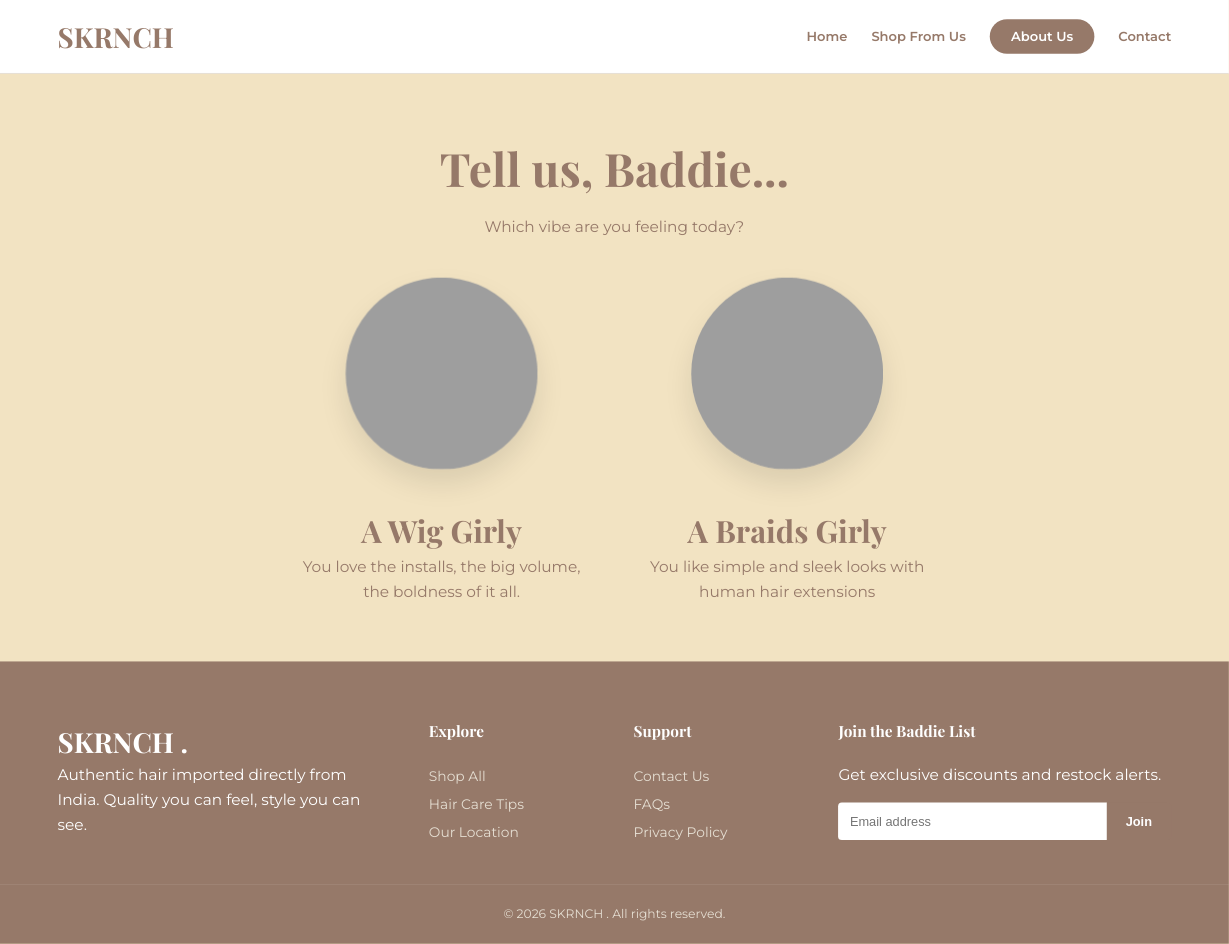
Repository: ndirituart/Portfolio
Page: wigsorextensions.html
These files come from the project's save history. The page is drawn as it stood at one moment and after a run of saves; the edit follows.
The browser window is 1280 px wide. The pictures show the whole page, at 96% of full size.
Pictures or frames that could not be fetched are drawn as grey boxes. Some web fonts or font styles are not loaded; a fallback is used.

Above is the page before, as saved 2026-02-13 17:47:39.

After the next 2 saves:
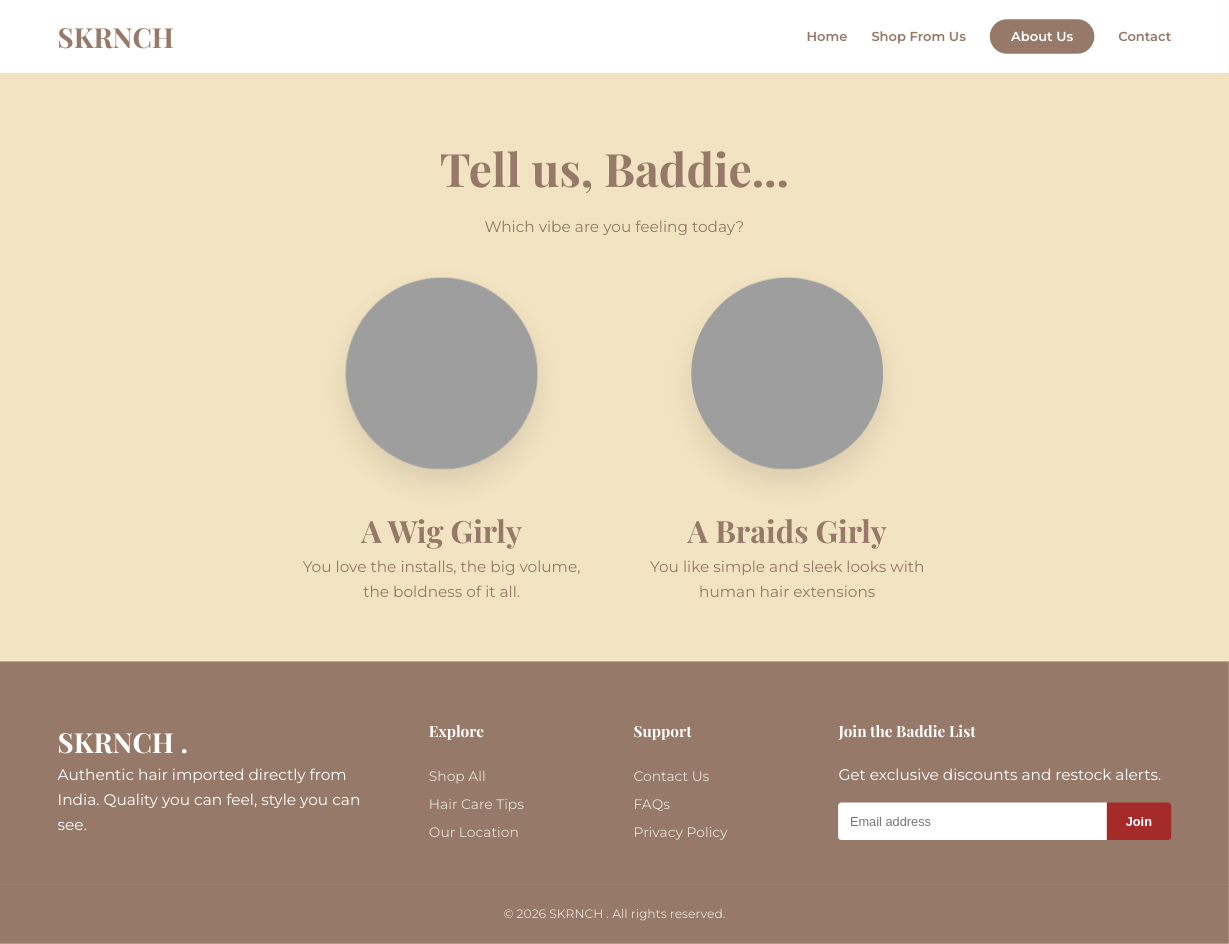
The 2 saves are shown as one change because they came seconds apart.
The last was saved 15 s later.
--- a/wigsorextensions.html
+++ b/wigsorextensions.html
@@ -286,7 +286,7 @@
 
         .input-group { display: flex; margin-top: 15px; }
         .input-group input { padding: 12px; border-radius: 4px 0 0 4px; border: none; flex: 1; }
-        .input-group button { padding: 10px 20px; background: var(--deep-cocoa); border: none; color: white; border-radius: 0 4px 4px 0; cursor: pointer; font-weight: 600; }
+        .input-group button { padding: 10px 20px; background: brown; border: none; color: white; border-radius: 0 4px 4px 0; cursor: pointer; font-weight: 600; }
 
         .footer-bottom {
             text-align: center;

After the 2 saves that followed:
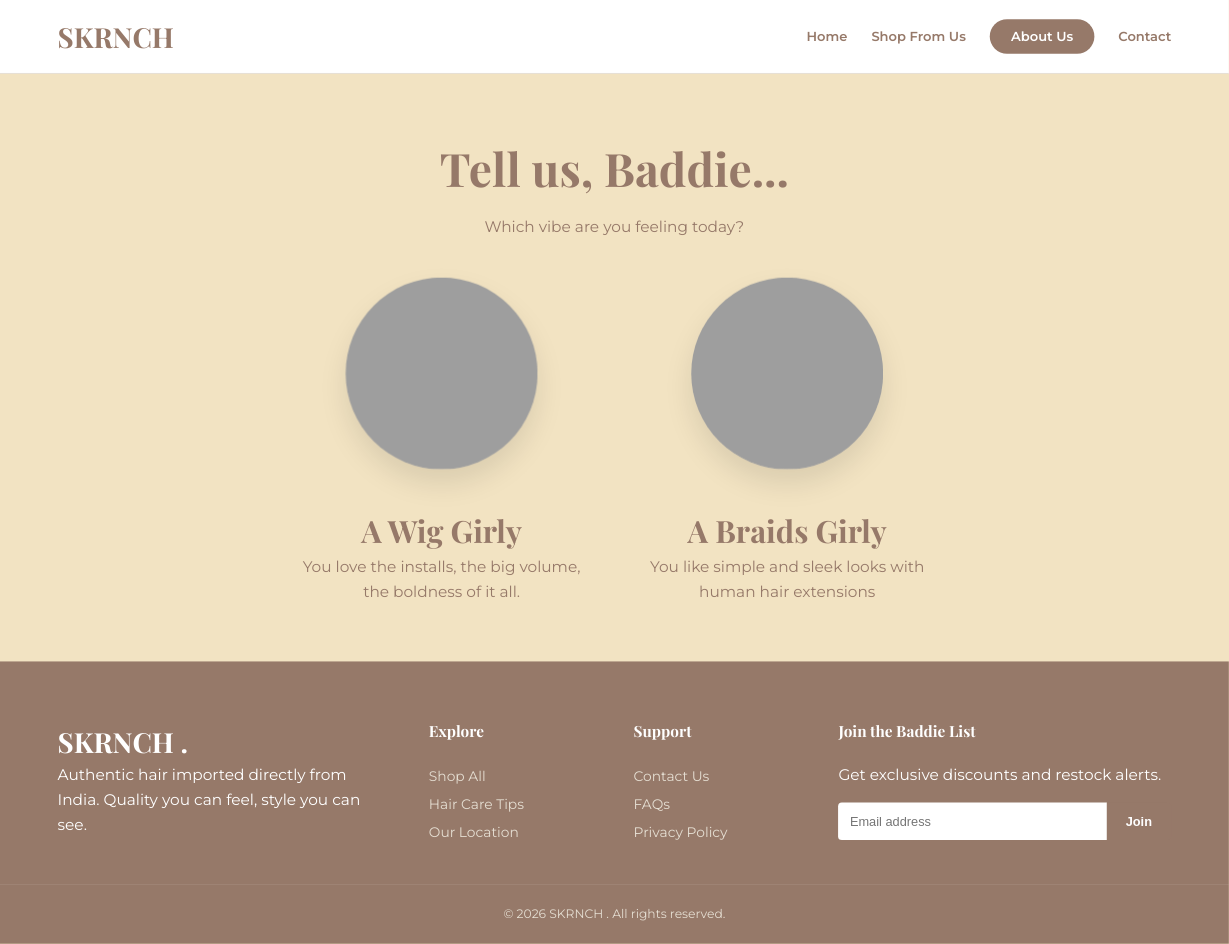
The 2 saves are shown as one change because they came seconds apart.
The last was saved 10 s later.
--- a/wigsorextensions.html
+++ b/wigsorextensions.html
@@ -286,7 +286,7 @@
 
         .input-group { display: flex; margin-top: 15px; }
         .input-group input { padding: 12px; border-radius: 4px 0 0 4px; border: none; flex: 1; }
-        .input-group button { padding: 10px 20px; background: brown; border: none; color: white; border-radius: 0 4px 4px 0; cursor: pointer; font-weight: 600; }
+        .input-group button { padding: 10px 20px; background: var(--deep-cocoa); border: none; color: white; border-radius: 0 4px 4px 0; cursor: pointer; font-weight: 600; }
 
         .footer-bottom {
             text-align: center;
